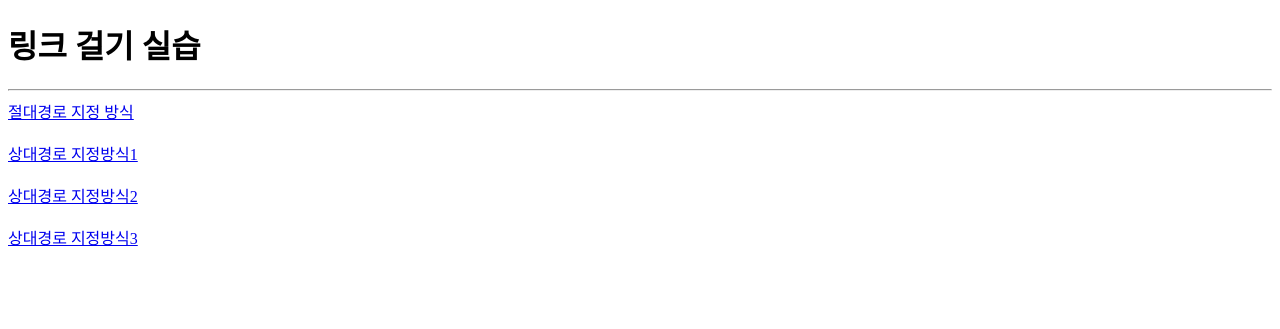
Repository: jp0301/WebStudy
Page: WebApp01/WebContent/Test010_1.html
The author's editor kept a copy of each file at every save. The page is drawn from the files as they stood at one save, then again after the next save.
The browser window is 1280 px wide. The pictures show the whole page.

Above is the page before, as saved 2022-09-27 01:47:14.

### WebApp01/WebContent/Test010_1.html
<!DOCTYPE html>
<html>
<head>
<meta charset="UTF-8">
<title>Test010_1.html</title>
</head>
<body>

<div>
	<h1>링크 걸기 실습</h1>
	<hr>
</div>

<div>
	<a href="C:\WebStudy\.metadata\.plugins\org.eclipse.wst.server.core\tmp0\wtpwebapps\WebApp01\Test010.html">절대경로 지정 방식</a>
	<br><br>

	<a href="Test010.html">상대경로 지정방식1</a>
	<br><br>

	<a href="/Test010.html">상대경로 지정방식2</a>
	<br><br>

	<a href="./Test010.html">상대경로 지정방식3</a>
	<br><br>

</div>







</body>
</html>

After the next save:
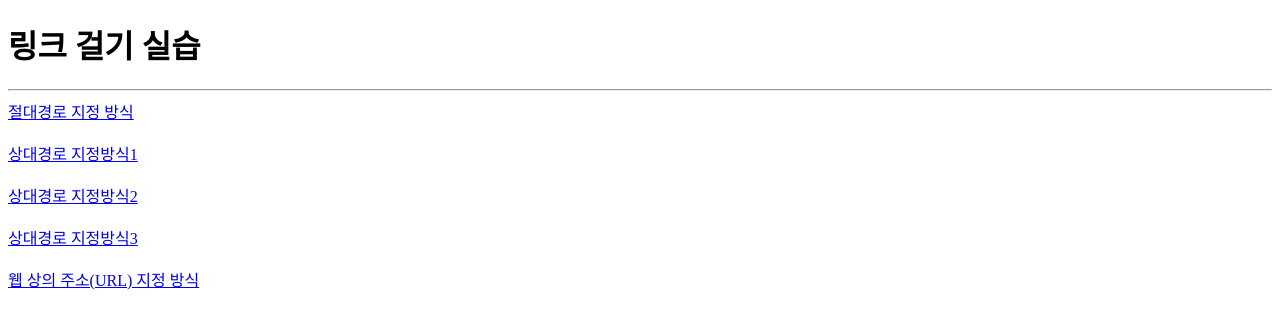
Saved 18 min 1 s later.
--- a/WebApp01/WebContent/Test010_1.html
+++ b/WebApp01/WebContent/Test010_1.html
@@ -24,6 +24,10 @@
 	<a href="./Test010.html">상대경로 지정방식3</a>
 	<br><br>
 
+	<a href="http://localhost:8090/WebApp01/Test010.html">웹 상의 주소(URL) 지정 방식</a>
+	<!-- <a href="http://localhost:8090/WebApp01/Test010.html">웹 상의 주소(URL) 지정 방식</a> -->
+
+
 </div>
 
 
